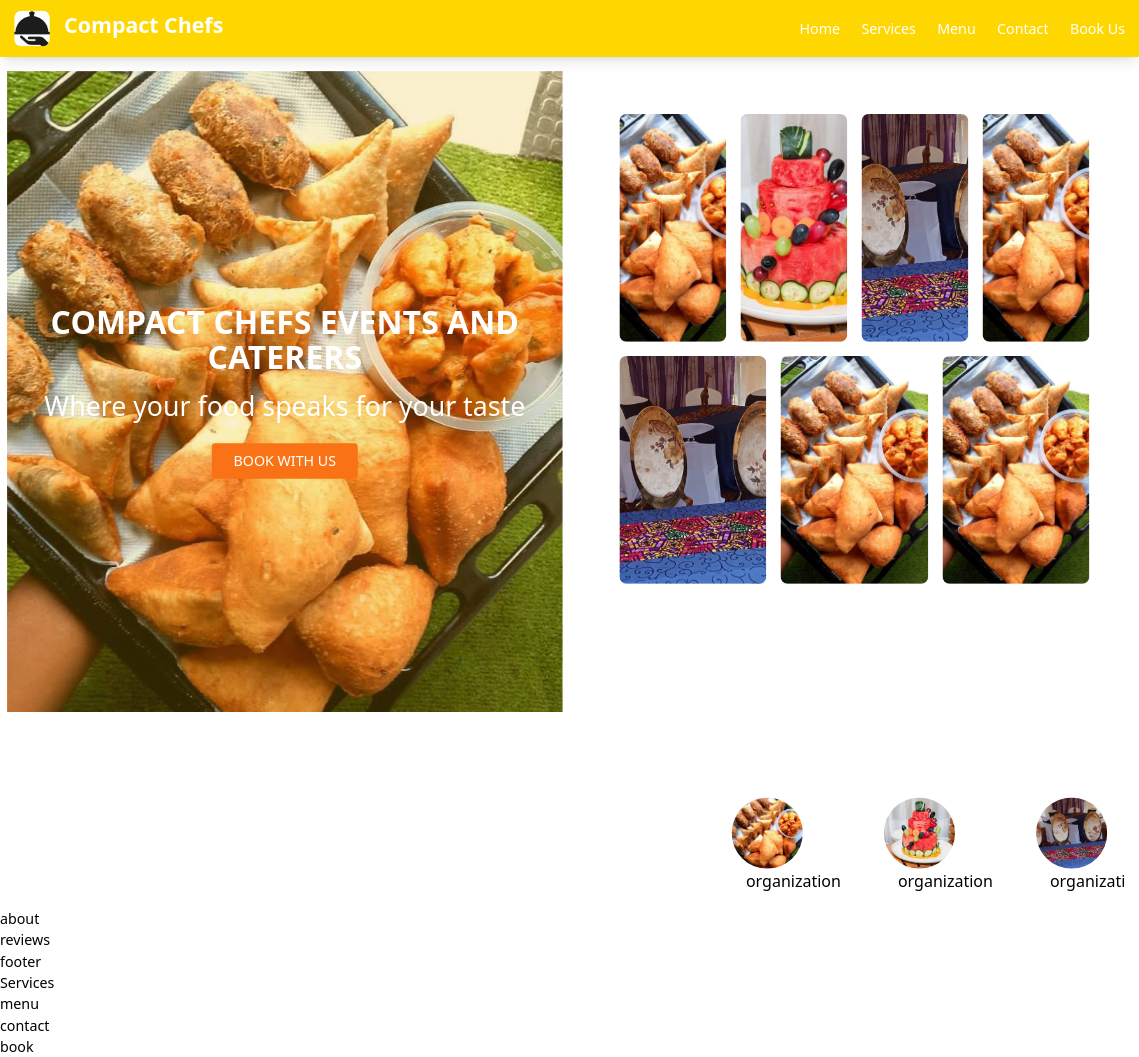
Repository: makanda596/compactchef
Page: /menu
The author's editor kept a copy of each file at every save. The page is drawn from the files as they stood at one save, then again after the next save.
The browser window is 1280 px wide. The pictures show the whole page, at 89% of full size.
The project was rebuilt for these pictures with package versions that can differ from the ones it lists, and the page was loaded fresh each time.

Above is the page before, as saved 2025-01-07 16:53:41.

After the next save:
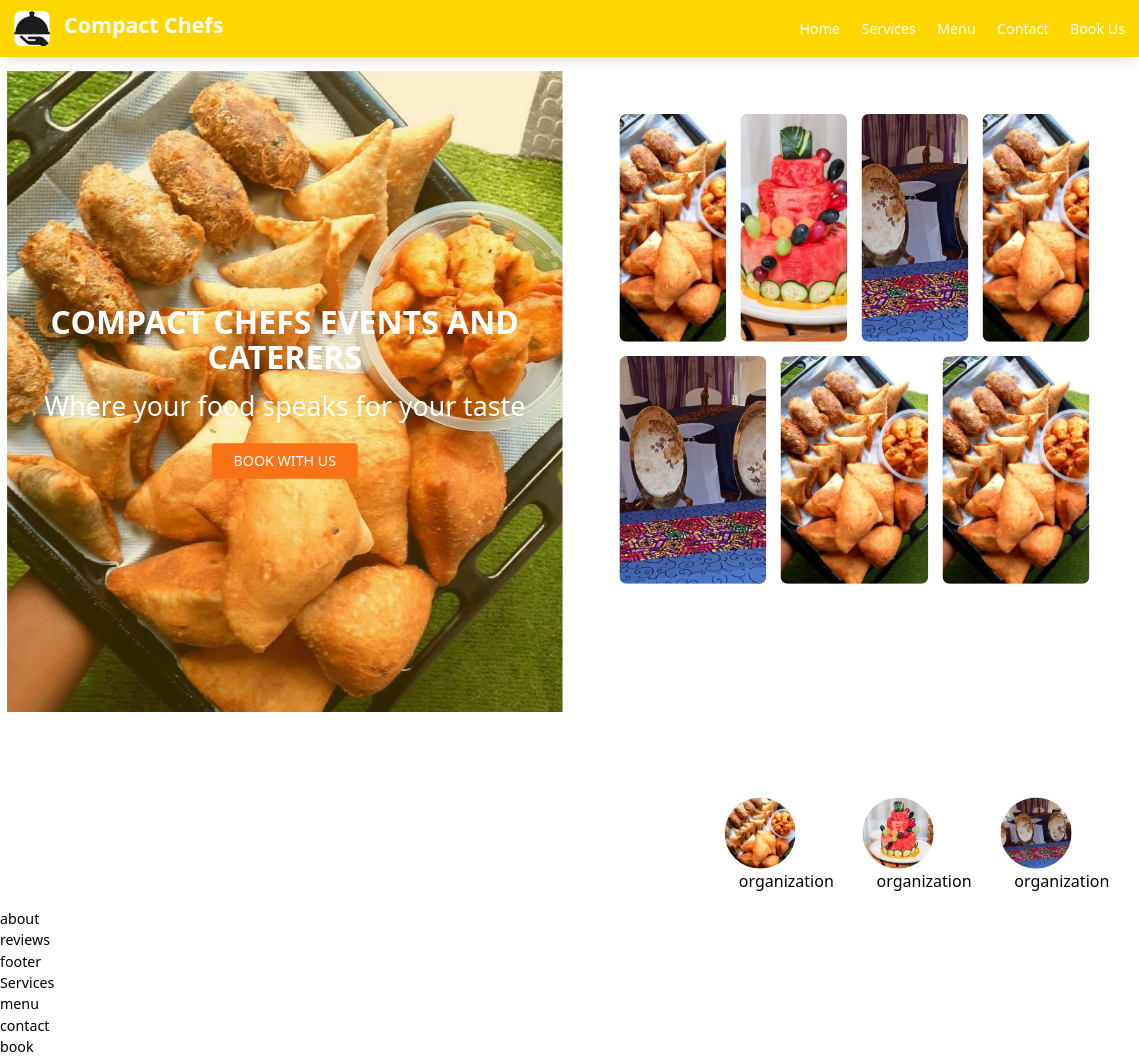
Saved 46 s later.
--- a/src/components/Client.jsx
+++ b/src/components/Client.jsx
@@ -53,13 +53,13 @@ function Client() {
             <div className="overflow-hidden">
                 <div className="flex animate-slide">
                     {clients.map((client, index) => (
-                        <div key={index} className=" flex-row items-center mx-6">
+                        <div key={index} className=" flex-row items-center mx-4">
                             <img
                                 src={client.img}
                                 alt={client.name}
                                 className="h-20 w-20 rounded-full object-cover"
                             />
-                            <p className="ml-4 text-lg">{client.name}</p>
+                            <p className="ml-4 text-lg ">{client.name}</p>
                         </div>
                     ))}
                 </div>
